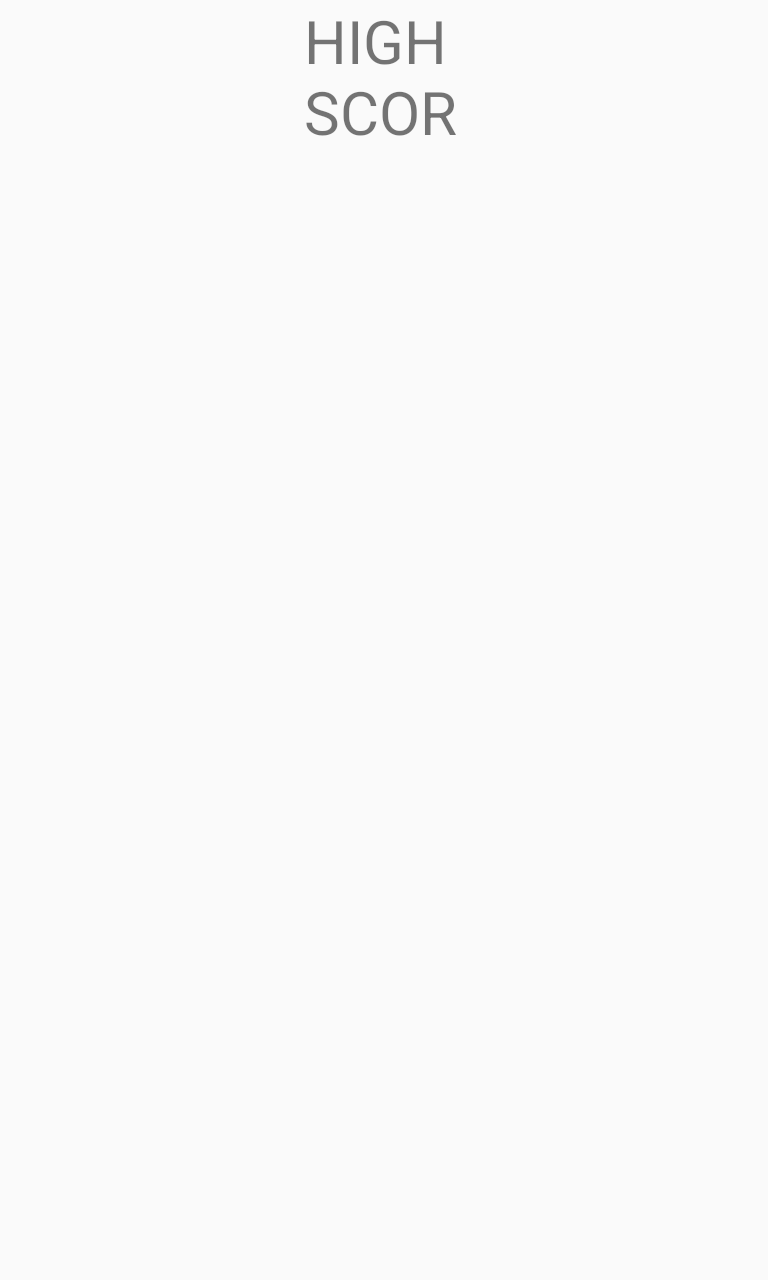
Repository: JoanneCaroll/Mathbomb
Layout: MathBomb/res/layout/activity_highscore.xml
The author's editor kept a copy of each file at every save. The layout is drawn from the files as they stood at one save, then again after the next save.
It is drawn on a 768 x 1280 px phone screen (xhdpi) without system bars, with theme AppTheme; the app's code is not run.

Above is the layout before, as saved 2014-11-12 06:02:11.

After the next save:
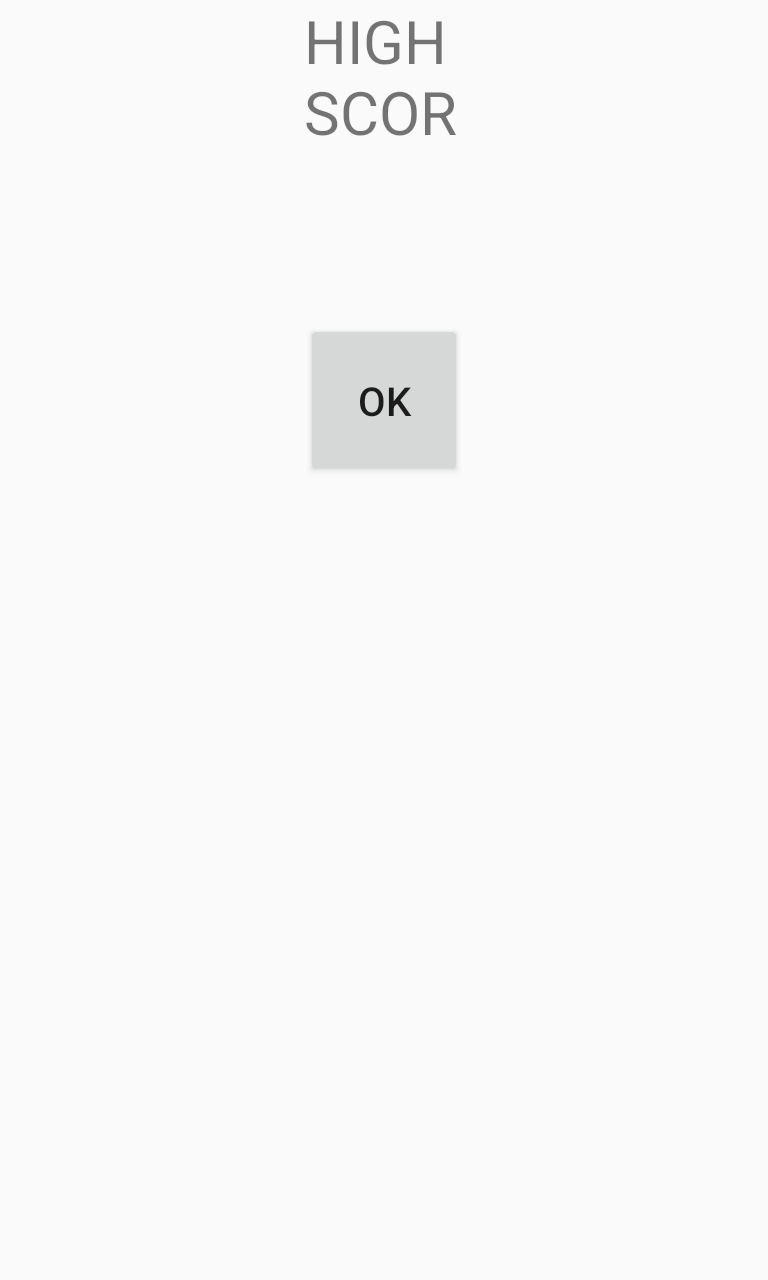
Saved 22 s later.
--- a/MathBomb/res/layout/activity_highscore.xml
+++ b/MathBomb/res/layout/activity_highscore.xml
@@ -29,7 +29,13 @@
             android:layout_width="wrap_content"
             android:layout_height="wrap_content"
             android:textSize="20dp"/>
-   <LinearLayout/>
-
+   </LinearLayout>
+        <Button
+        android:layout_gravity="center"
+       	android:id="@+id/ok_highscore"
+        android:layout_width="80dp"
+        android:layout_height="80dp"
+        android:textSize="20dp"
+        android:text="OK"/>
 
 </LinearLayout>
